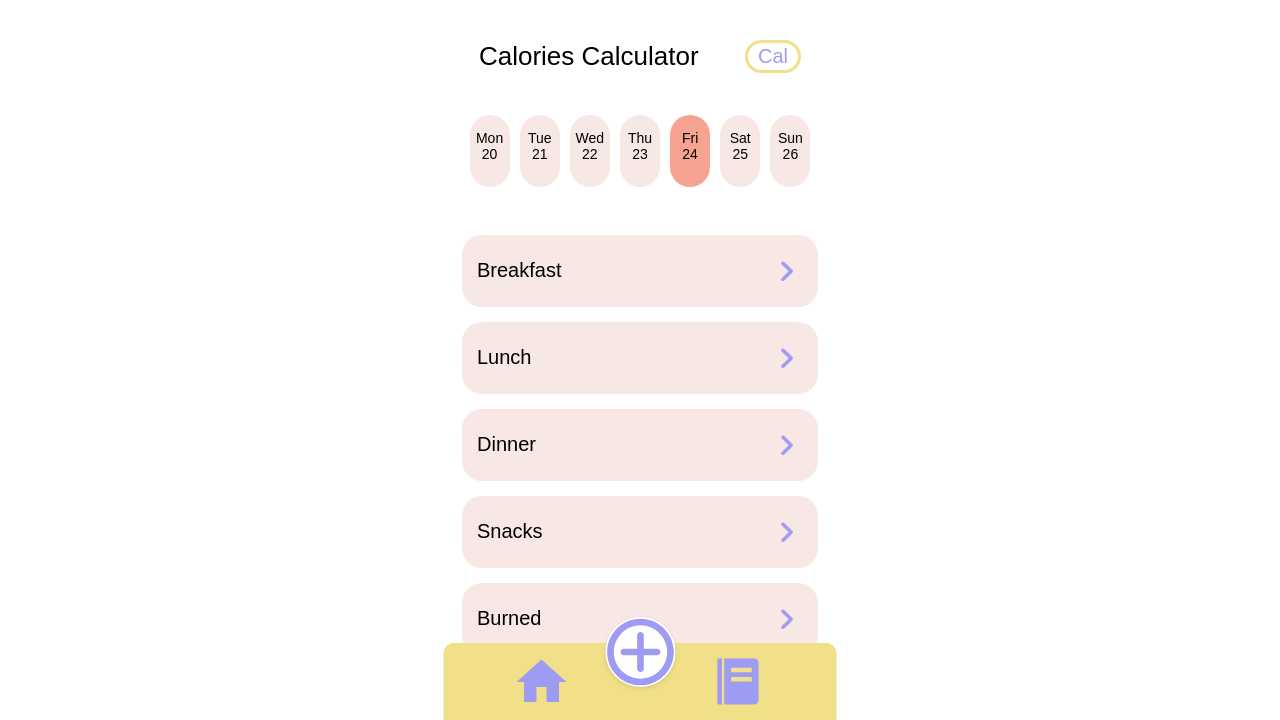
Repository: MeowCeline00/G5-Calorie-Tracker
Page: addPage/Add.html
The author's editor kept a copy of each file at every save. The page is drawn from the files as they stood at one save, then again after the next save.
The browser window is 1280 px wide. The pictures show the whole page.

Above is the page before, as saved 2024-05-26 06:36:52.

### addPage/Add.html
<!DOCTYPE html>
<html lang="en">
<head>
  <meta charset="UTF-8">
  <meta name="viewport" content="width=device-width, initial-scale=1.0">
  <title>Calories Calculator</title>
  <link rel="stylesheet" href="/addPage/styles.css">
  <link rel="stylesheet" href="/styles/Home.css">
</head>
<body>
  <div class="container">
    <header class="header">
      <h1 class="title">Calories Calculator</h1>
      <button class="calButton">Cal</button>
    </header>
    <section class="dateSelector">
      <button class="dateNav" id="prevDate">
        <i class="fas fa-chevron-left"></i>
      </button>
      <div class="dates" id="dateList"></div>
      <button class="dateNav" id="nextDate">
        <i class="fas fa-chevron-right"></i>
      </button>
    </section>
    <section class="meals">
      <a href="/breakfastAddPage/index.html" class="meal">Breakfast <img src="/images/right-arrow.png" alt="Right Arrow" class="right-arrow" width="11.8" height="20.1"></a>
      <a href="/lunchAddPage/index.html" class="meal">Lunch <img src="/images/right-arrow.png" alt="Right Arrow" class="right-arrow" width="11.8" height="20.1"></a>
      <a href="/dinnerAddPage/index.html" class="meal">Dinner <img src="/images/right-arrow.png" alt="Right Arrow" class="right-arrow" width="11.8" height="20.1"></a>
      <a href="/snacksAddPage/index.html" class="meal">Snacks <img src="/images/right-arrow.png" alt="Right Arrow" class="right-arrow" width="11.8" height="20.1"></a>
      <a href="/burnedAddPage/index.html" class="meal">Burned <img src="/images/right-arrow.png" alt="Right Arrow" class="right-arrow" width="11.8" height="20.1"></a>
    </section>
  </div>

  <div class="navContainer">
    <nav class="navbar">
      <div class="navItem" onclick="navigateTo('home')">
        <img src="/images/home_icon.svg" alt="Home" width="60" height="60" />
      </div>
      <div class="addButtonContainer">
        <div class="addnewButton" onclick="navigateTo('addNew')">
          <img src="/images/add_icon.svg" alt="Add" width="80" height="80" />
        </div>
      </div>
      <div class="navItem" onclick="navigateTo('recipes')">
        <img src="/images/recipes_icon.svg" alt="Recipes" width="55" height="55" />
      </div>
    </nav>
  </div>
  <script src="/addPage/script.js"></script>
  <script src="/scripts/navbar.js"></script>
</body>
</html>

### addPage/styles.css
.container {
  max-width: 375px;
  margin: 0 auto;
  padding: 1rem;
  min-height: 90vh;
  border-radius: 10px;
}

.header {
  display: flex;
  justify-content: space-between;
  align-items: center;
  width: 100%;
}

.title {
  font-size: 26px;
  font-family: 'Saira', sans-serif;
  font-weight: 500;
  margin-left: auto;
  margin-right: 20px;
}

.header img {
  margin-right: 80px;
}

.calButton {
  margin: 0 auto;
  background-color: transparent;
  color: #9E9BF2;
  border: 3px solid #F2E088;
  padding: 0px 10px;
  text-align: center;
  min-width: 55px;
  height: 33px;
  border-radius: 40px;
  font-size: 20px;
  font-family: 'Catamaran', sans-serif;
  display: inline-block;
}

.dateSelector {
  display: flex;
  justify-content: center;
  align-items: center;
  margin: 10px 0;
}

.dateNav {
  background-color: transparent;
  border: none;
  text-align: center;
  font-size: 20px;
}

.dates {
  display: flex;
  text-align: center;
  justify-content: space-around;
  width: 100%;
}

.date {
  width: 40px;
  height: 57px;
  background-color: #F7E8E5;
  padding-top: 15px;
  margin: 15px 5px;
  margin-bottom: 28px;
  border-radius: 20px;
  text-align: center;
  cursor: pointer;
  font-size: 14px;
  font-family: 'Catamaran', sans-serif;
}

.date:hover {
  background-color: rgba(242, 126, 99, 0.7);
}

.active {
  background-color: rgba(242, 126, 99, 0.7);
}

.currentDay {
  background-color: rgba(242, 126, 99, 0.7);
}

.meals {
  width: 100%;
}

.meal {
  background-color: #F7E8E5;
  padding: 15px;
  margin-bottom: 20px;
  border-radius: 10px;
  margin: auto;
  margin-bottom: 15px;
  display: flex;
  justify-content: space-between;
  align-items: center;
  cursor: pointer;
  text-decoration: none;
  color: inherit;
  font-size: 20px;
  font-family: 'Catamaran', sans-serif;
  width: 326px;
  height: 42px;
  text-decoration: none;
  border-radius: 20px;
}


.meal:hover {
  background-color: rgba(242, 126, 99, 0.7);
}

.right-arrow {
  margin-right: 10px;
}

### styles/Home.css
#root {
    width: 393px;
    height: 852px;
    background-color: #fff;
    border-radius: 10px;
    overflow: hidden;
    position: relative;
}

.mainContent {
    width: 100%;
    height: 100%;
    display: flex;
    flex-direction: column;
    justify-content: flex-start;
    position: relative;
}

.topBar {
    padding: 15px 20px;
    background-color: #fff;
    display: flex;
    justify-content: space-between;
    align-items: center;
    z-index: 1;
}

.greeting {
    display: flex;
    flex-direction: column;
    text-align: left;
}

.greeting h2 {
    margin: 0;
    font-size: 1.5rem;
    color: #000;
}

.greeting p {
    margin: 0;
    font-size: 1rem;
    color: #666;
}

.profileIcon {
    display: flex;
    align-items: center;
    justify-content: center;
    cursor: pointer;
}

.dateChange {
    display: flex;
    justify-content: center;
    align-items: center;
    padding: 10px 0;
    background-color: #fff;
}

.meal_container {
    flex: 1;
    width: 100%;
    padding: 20px;
    box-sizing: border-box;
    overflow-y: auto;
    position: relative;
    z-index: 0;
}

.meals {
    width: 100%;
    padding: 10px 0;
    box-sizing: border-box;
}

.mealItem {
    display: flex;
    flex-direction: column;
    justify-content: space-between;
    align-items: flex-start;
    padding: 15px;
    margin: 10px 0;
    border-radius: 12px;
    background-color: var(--light_pink);
    width: 100%;
    height: auto;
    box-shadow: 0 2px 5px rgba(0, 0, 0, 0.1);
}

.mealHeading {
    font-weight: bold;
    margin-bottom: 10px;
    font-size: 1.2rem;
}

.mealDetails {
    display: flex;
    align-items: center;
    width: 100%;
    justify-content: space-between;
}

.mealDetails p {
    margin-left: 10px;
    color: #9E9BF2;
}

.calorieContainer {
    display: flex;
    align-items: center;
    justify-content: space-between;
    background-color: white;
    border: 4px solid #F2E088;
    border-radius: 30px;
    padding: 5px 10px;
}

.addButton {
    background: none;
    border: none;
    cursor: pointer;
    margin-left: 10px;
}

.navContainer {
    width: 100%;
    max-width: 393px;
    height: 77px;
    display: flex;
    position: fixed;
    bottom: 0;
    left: 50%;
    transform: translateX(-50%);
    background-color: #F2E088;
    border-radius: 10px 10px 0 0;
    justify-content: space-between;
    align-items: center;
    box-sizing: border-box;
    z-index: 1000;
}

.navbar {
    width: 100%;
    display: flex;
    justify-content: space-between;
    align-items: center;
    position: relative;
}

.navItem {
    display: flex;
    cursor: pointer;
    flex: 1;
    justify-content: center;
}

.addButtonContainer {
    display: flex;
    justify-content: center;
    align-items: center;
    width: 70px;
    height: 70px;
    background-color: #ffffff;
    border-radius: 50%;
    position: absolute;
    top: -35px;
    left: 50%;
    transform: translateX(-50%);
    cursor: pointer;
    box-shadow: 0 2px 5px rgba(0, 0, 0, 0.1);
}

.addnewButton {
    display: flex;
    justify-content: center;
    align-items: center;
    border-radius: 50%;
}

### addPage/script.js
const getDayOfWeek = (date) => {
  const dayIndex = date.getDay();
  return dayIndex === 0 ? 6 : dayIndex - 1;
};

const currentDate = new Date();
currentDate.setDate(24);
currentDate.setMonth(4);

const generateDays = () => {
  const days = [];
  const currentDayOfWeek = getDayOfWeek(currentDate);

  for (let i = 0; i < 7; i++) {
    const date = new Date(currentDate);
    date.setDate(date.getDate() - currentDayOfWeek + i);
    days.push({
      day: date.toLocaleDateString('en-US', { weekday: 'short' }),
      date: date.getDate(),
      isToday: date.getDate() === currentDate.getDate(),
    });
  }

  return days;
};

const days = generateDays();
let activeIndex = currentDate.getDate() - 1;

const renderDates = () => {
  const dateList = document.getElementById('dateList');
  dateList.innerHTML = '';
  days.forEach((day, index) => {
    const dateElement = document.createElement('span');
    dateElement.className = `date ${index === activeIndex ? 'active' : ''} ${day.isToday ? 'currentDay' : ''}`;
    dateElement.innerHTML = `${day.day}<br />${day.date}`;
    dateElement.onclick = () => setActiveIndex(index);
    dateList.appendChild(dateElement);
  });
};

const setActiveIndex = (index) => {
  activeIndex = index;
  renderDates();
};

const changeDate = (direction) => {
  let newIndex = activeIndex + direction;
  if (newIndex < 0) {
    newIndex = 0;
  } else if (newIndex >= days.length) {
    newIndex = days.length - 1;
  }
  setActiveIndex(newIndex);
};

document.getElementById('prevDate').onclick = () => changeDate(-1);
document.getElementById('nextDate').onclick = () => changeDate(1);

renderDates();

### scripts/navbar.js
function renderNavbar() {
    return `
      <div class="navContainer">
        <nav class="navbar">
          <div class="navItem" onclick="navigateTo('home')">
            <img src="./images/home_icon.svg" alt="Home" width="60" height="60" />
          </div>
          <div class="addButtonContainer">
            <div class="addnewButton" onclick="navigateTo('addNew')">
              <img src="./images/add_icon.svg" alt="Add" width="80" height="80" />
            </div>
          </div>
          <div class="navItem" onclick="navigateTo('recipes')">
            <img src="./images/recipes_icon.svg" alt="Recipes" width="55" height="55" />
          </div>
        </nav>
      </div>
    `;
}

After the next save:
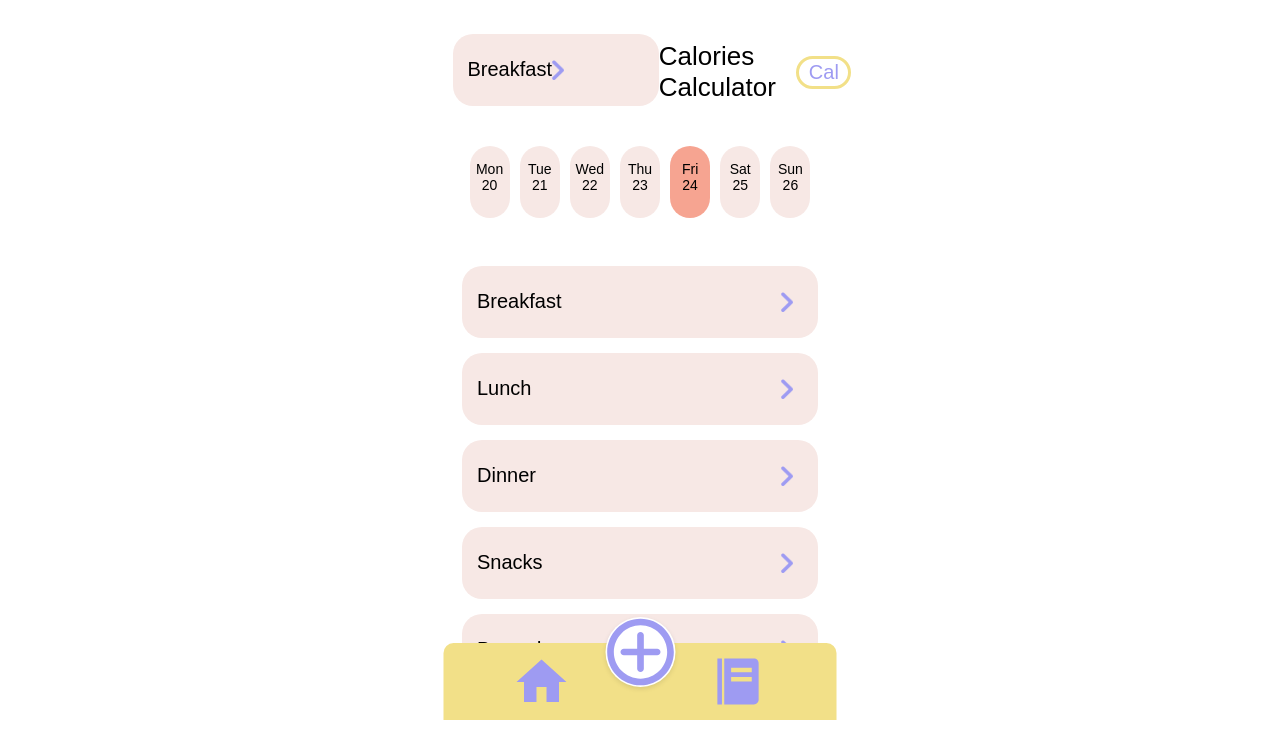
Saved 2 min 53 s later.
--- a/addPage/Add.html
+++ b/addPage/Add.html
@@ -10,6 +10,8 @@
 <body>
   <div class="container">
     <header class="header">
+      <a href="/breakfastAddPage/index.html" class="meal">Breakfast <img src="/images/right-arrow.png" alt="Right Arrow" class="right-arrow" width="11.8" height="20.1"></a>
+
       <h1 class="title">Calories Calculator</h1>
       <button class="calButton">Cal</button>
     </header>
